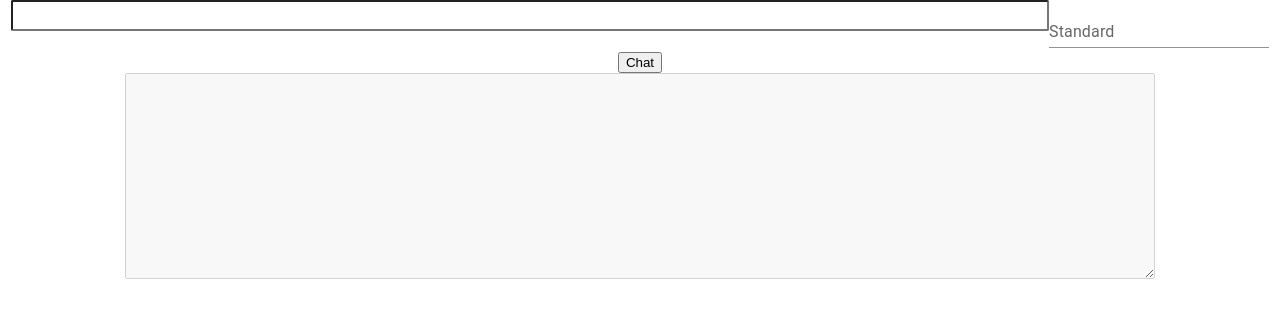
Repository: MinhTai6661/chatgpt-shoppee
Page: /
The author's editor kept a copy of each file at every save. The page is drawn from the files as they stood at one save, then again after the next save.
The browser window is 1280 px wide. The pictures show the whole page.
The project was rebuilt for these pictures with package versions that can differ from the ones it lists, and the page was loaded fresh each time.

Above is the page before, as saved 2023-02-08 17:48:02.

After the next save:
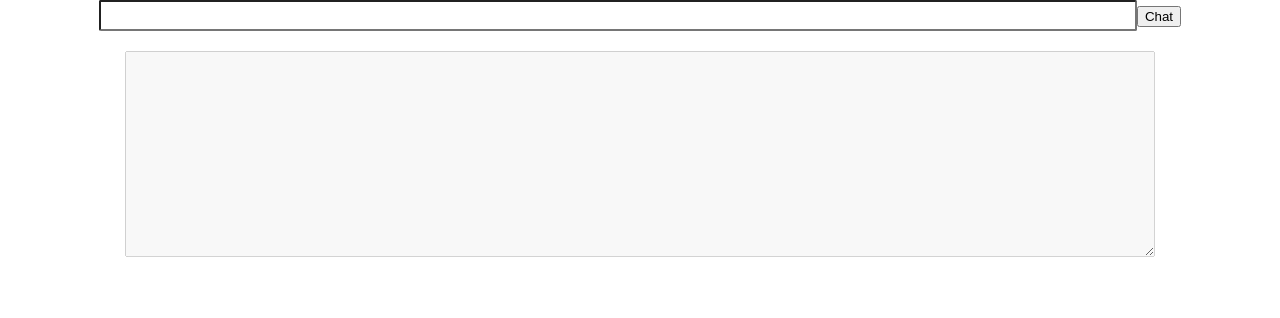
Saved 60 s later.
--- a/src/components/ChatField/index.js
+++ b/src/components/ChatField/index.js
@@ -1,8 +1,6 @@
 import React, { useEffect, useState } from 'react';
 import { OpenAIApi, Configuration } from 'openai';
-import { Interface } from 'readline';
 import './ChatFeild.css';
-import TextField from '@mui/material/TextField';
 
 export default function ChatFeild() {
     const [response, setResponse] = useState('');
@@ -48,7 +46,6 @@
                     }
                 }}
             />
-            <TextField id='standard-basic' label='Standard' variant='standard' />
             <button onClick={handleChat}>Chat</button>
             <br />
             {isLoading ? (
